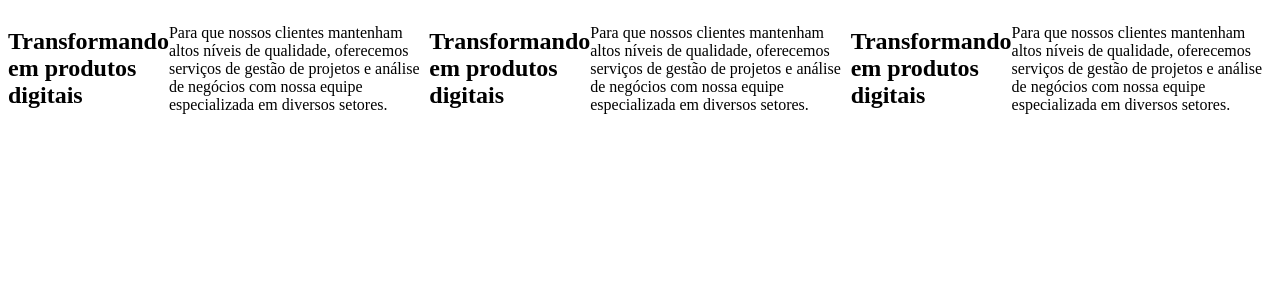
Repository: kleber-goncalves/Landing-Page-Gestao-de-projetos-dnc
Page: index.html
The author's editor kept a copy of each file at every save. The page is drawn from the files as they stood at one save, then again after a run of saves.
The browser window is 1280 px wide. The pictures show the whole page.

Above is the page before, as saved 2025-01-04 14:26:52.

After the next 2 saves:
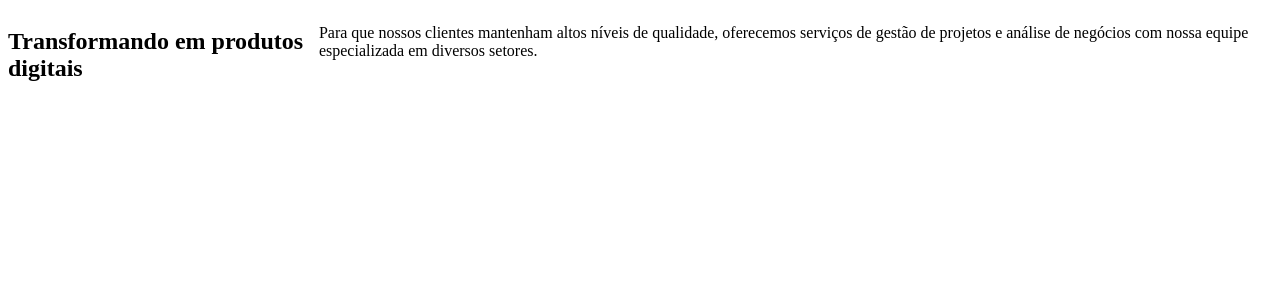
The 2 saves are shown as one change because they came seconds apart.
The last was saved 5 s later.
--- a/index.html
+++ b/index.html
@@ -14,10 +14,6 @@
             </div>
             <h1>Transformando em produtos digitais</h1>
             <p>Para que nossos clientes mantenham altos níveis de qualidade, oferecemos serviços de gestão de projetos e análise de negócios com nossa equipe especializada em diversos setores.</p>
-            <h1>Transformando em produtos digitais</h1>
-            <p>Para que nossos clientes mantenham altos níveis de qualidade, oferecemos serviços de gestão de projetos e análise de negócios com nossa equipe especializada em diversos setores.</p>
-            <h1>Transformando em produtos digitais</h1>
-            <p>Para que nossos clientes mantenham altos níveis de qualidade, oferecemos serviços de gestão de projetos e análise de negócios com nossa equipe especializada em diversos setores.</p>
         </section>
     </main>
 </body>
